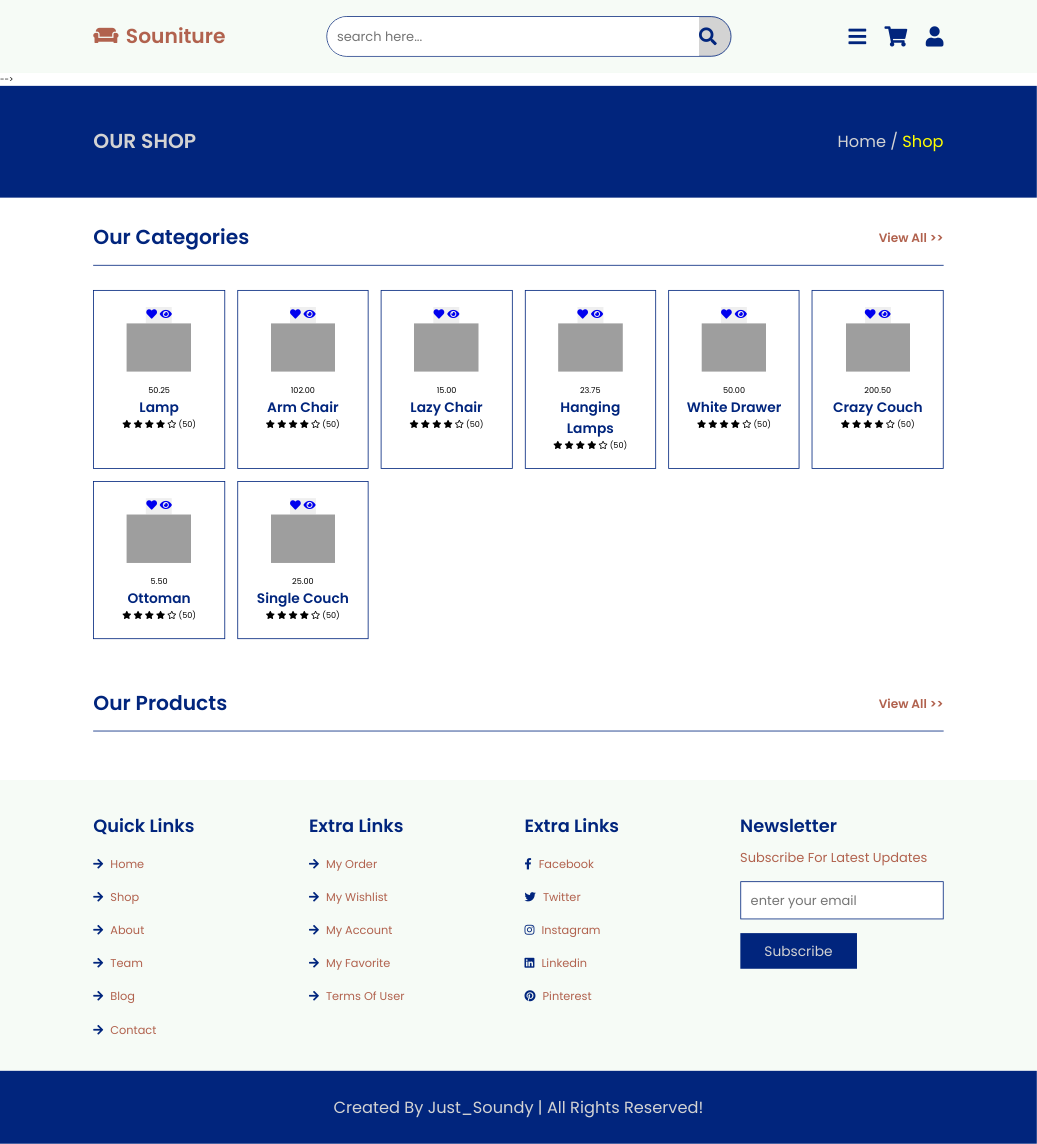
Repository: spencersoundy/furniture-store
Page: shop.html
An editor plug-in stored every save of this project. The page is shown before and after the next save, followed by the edit.
The browser window is 1280 px wide. The pictures show the whole page, at 81% of full size.
Pictures or frames that could not be fetched are drawn as grey boxes.

Above is the page before, as saved 2023-05-02 15:23:57.
Console error: TypeError: Cannot read properties of null (reading 'addEventListener')

### shop.html
<!DOCTYPE html>
<html lang="en">
<head>
    <meta charset="UTF-8">
    <meta http-equiv="X-UA-Compatible" content="IE=edge">
    <meta name="viewport" content="width=device-width, initial-scale=1.0">
    <title>shop</title>

    <!-- font awesome cdn link  -->
    <link rel="stylesheet" href="https://cdnjs.cloudflare.com/ajax/libs/font-awesome/5.15.4/css/all.min.css">

    <!-- custom css file link  -->
    <link rel="stylesheet" href="css/style.css">

</head>
<body>

<!-- header section starts  -->

<header class="header">

    <a href="home.html" class="logo"> <i class="fas fa-couch"></i> Souniture </a>

    <form action="" class="search-form">
        <input type="search" placeholder="search here..." id="search-box">
        <label for="search-box" class="fas fa-search"></label>
    </form>

    <div class="icons">
        <div id="menu-btn" class="fas fa-bars"></div>
        <div id="search-btn" class="fas fa-search"></div>
        <div id="cart-btn" class="fas fa-shopping-cart"></div>
        <div id="login-btn" class="fas fa-user"></div>
    </div>

</header>

<!-- header section ends  -->

<!-- closer btn  -->

<div id="closer" class="fas fa-times"></div>

<!-- navbar  -->

<nav class="navbar">
    <a href="home.html">home</a>
    <a href="shop.html">shop</a>
    <a href="about.html">about</a>
    <a href="team.html">team</a>
    <a href="blog.html">blog</a>
    <a href="contact.html">contact</a>
</nav>

<!-- shopping cart  -->

<div class="shopping-cart">

    <div class="box">
        <i class="fas fa-times"></i>
        <img src="image/cart-img-1.jpg" alt="">
        <div class="content">
            <h3>morden furniture</h3>
            <span class="quantity"> 1 </span>
            <span class="multiply"> x </span>
            <span class="price"> $140.00 </span>
        </div>
    </div>

     <div class="box">
        <i class="fas fa-times"></i>
        <img src="image/cart-img-2.jpg" alt="">
        <div class="content">
            <h3>morden furniture</h3>
            <span class="quantity"> 1 </span>
            <span class="multiply"> x </span>
            <span class="price"> $140.00 </span>
        </div>
    </div>

    <div class="box">
        <i class="fas fa-times"></i>
        <img src="image/cart-img-3.jpg" alt="">
        <div class="content">
            <h3>morden furniture</h3>
            <span class="quantity"> 1 </span>
            <span class="multiply"> x </span>
            <span class="price"> $140.00 </span>
        </div>
    </div>

    <div class="box">
        <i class="fas fa-times"></i>
        <img src="image/cart-img-4.jpg" alt="">
        <div class="content">
            <h3>morden furniture</h3>
            <span class="quantity"> 1 </span>
            <span class="multiply"> x </span>
            <span class="price"> $140.00 </span>
        </div>
    </div>

    <h3 class="total"> total : <span>$560.00</span> </h3>

    <a href="#" class="btn">checkout cart</a>

</div> -->

<!-- login form  -->

<div class="login-form">

    <form action="">
        <h3>login form</h3>
        <input type="email" placeholder="enter your email" class="box">
        <input type="password" placeholder="enter your password" class="box">
        <div class="remember">
            <input type="checkbox" name="" id="remember-me">
            <label for="remember-me">remember me</label>
        </div>
        <input type="submit" value="login now" class="btn">
        <p>forget password? <a href="#">click here</a></p>
        <p>don't have an account? <a href="#">create now</a></p>
    </form>

</div>

<section class="heading">
    <h3>our shop</h3>
    <p> <a href="home.html">home</a> / <span>shop</span> </p>
</section>

<section class="category">

    <h1 class="title"> <span>our categories</span> <a href="#">view all >></a> </h1>

    <div class="box-container">

        <a href="#" class="box">
            <img src="image/icon-1.png" alt="">
            <h3>house sofa</h3>
        </a>

        <a href="#" class="box">
            <img src="image/icon-2.png" alt="">
            <h3>working table</h3>
        </a>

        <a href="#" class="box">
            <img src="image/icon-3.png" alt="">
            <h3>corner table</h3>
        </a>

        <a href="#" class="box">
            <img src="image/icon-4.png" alt="">
            <h3>office chair</h3>
        </a>

        <a href="#" class="box">
            <img src="image/icon-5.png" alt="">
            <h3>new wardrobe</h3>
        </a>

    </div>

</section>

<section class="products">

    <h1 class="title"> <span>our products</span> <a href="#">view all >></a> </h1>

    <div class="box-container">

        <!-- <div class="box">
            <div class="icons">
                <a href="#" class="fas fa-shopping-cart"></a>
                <a href="#" class="fas fa-heart"></a>
                <a href="#" class="fas fa-eye"></a>
            </div>
            <div class="image">
                <img src="image/product-1.jpg" alt="">
            </div>
            <div class="content">
                <div class="price">R2380.00</div>
                <h3>modern furniture</h3>
                <div class="stars">
                    <i class="fas fa-star"></i>
                    <i class="fas fa-star"></i>
                    <i class="fas fa-star"></i>
                    <i class="fas fa-star"></i>
                    <i class="far fa-star"></i>
                    <span> (50) </span>
                </div>
            </div>
        </div>

        <div class="box">
            <div class="icons">
                <a href="#" class="fas fa-shopping-cart"></a>
                <a href="#" class="fas fa-heart"></a>
                <a href="#" class="fas fa-eye"></a>
            </div>
            <div class="image">
                <img src="image/product-2.jpg" alt="">
            </div>
            <div class="content">
                <div class="price">R2380.00</div>
                <h3>modern furniture</h3>
                <div class="stars">
                    <i class="fas fa-star"></i>
                    <i class="fas fa-star"></i>
                    <i class="fas fa-star"></i>
                    <i class="fas fa-star"></i>
                    <i class="far fa-star"></i>
                    <span> (50) </span>
                </div>
            </div>
        </div>

        <div class="box">
            <div class="icons">
                <a href="#" class="fas fa-shopping-cart"></a>
                <a href="#" class="fas fa-heart"></a>
                <a href="#" class="fas fa-eye"></a>
            </div>
            <div class="image">
                <img src="image/product-3.jpg" alt="">
            </div>
            <div class="content">
                <div class="price">R2380.00</div>
                <h3>modern furniture</h3>
                <div class="stars">
                    <i class="fas fa-star"></i>
                    <i class="fas fa-star"></i>
                    <i class="fas fa-star"></i>
                    <i class="fas fa-star"></i>
                    <i class="far fa-star"></i>
                    <span> (50) </span>
                </div>
            </div>
        </div>

        <div class="box">
            <div class="icons">
                <a href="#" class="fas fa-shopping-cart"></a>
                <a href="#" class="fas fa-heart"></a>
                <a href="#" class="fas fa-eye"></a>
            </div>
            <div class="image">
                <img src="image/product-4.jpg" alt="">
            </div>
            <div class="content">
                <div class="price">R2380.00</div>
                <h3>modern furniture</h3>
                <div class="stars">
                    <i class="fas fa-star"></i>
                    <i class="fas fa-star"></i>
                    <i class="fas fa-star"></i>
                    <i class="fas fa-star"></i>
                    <i class="far fa-star"></i>
                    <span> (50) </span>
                </div>
            </div>
        </div>

        <div class="box">
            <div class="icons">
                <a href="#" class="fas fa-shopping-cart"></a>
                <a href="#" class="fas fa-heart"></a>
                <a href="#" class="fas fa-eye"></a>
            </div>
            <div class="image">
                <img src="image/product-5.jpg" alt="">
            </div>
            <div class="content">
                <div class="price">R2380.00</div>
                <h3>modern furniture</h3>
                <div class="stars">
                    <i class="fas fa-star"></i>
                    <i class="fas fa-star"></i>
                    <i class="fas fa-star"></i>
                    <i class="fas fa-star"></i>
                    <i class="far fa-star"></i>
                    <span> (50) </span>
                </div>
            </div>
        </div>

        <div class="box">
            <div class="icons">
                <a href="#" class="fas fa-shopping-cart"></a>
                <a href="#" class="fas fa-heart"></a>
                <a href="#" class="fas fa-eye"></a>
            </div>
            <div class="image">
                <img src="image/product-6.jpg" alt="">
            </div>
            <div class="content">
                <div class="price">R2380.00</div>
                <h3>modern furniture</h3>
                <div class="stars">
                    <i class="fas fa-star"></i>
                    <i class="fas fa-star"></i>
                    <i class="fas fa-star"></i>
                    <i class="fas fa-star"></i>
                    <i class="far fa-star"></i>
                    <span> (50) </span>
                </div>
            </div>
        </div>

        <div class="box">
            <div class="icons">
                <a href="#" class="fas fa-shopping-cart"></a>
                <a href="#" class="fas fa-heart"></a>
                <a href="#" class="fas fa-eye"></a>
            </div>
            <div class="image">
                <img src="image/product-7.jpg" alt="">
            </div>
            <div class="content">
                <div class="price">R2380.00</div>
                <h3>modern furniture</h3>
                <div class="stars">
                    <i class="fas fa-star"></i>
                    <i class="fas fa-star"></i>
                    <i class="fas fa-star"></i>
                    <i class="fas fa-star"></i>
                    <i class="far fa-star"></i>
                    <span> (50) </span>
                </div>
            </div>
        </div>

        <div class="box">
            <div class="icons">
                <a href="#" class="fas fa-shopping-cart"></a>
                <a href="#" class="fas fa-heart"></a>
                <a href="#" class="fas fa-eye"></a>
            </div>
            <div class="image">
                <img src="image/product-8.jpg" alt="">
            </div>
            <div class="content">
                <div class="price">R2380.00</div>
                <h3>modern furniture</h3>
                <div class="stars">
                    <i class="fas fa-star"></i>
                    <i class="fas fa-star"></i>
                    <i class="fas fa-star"></i>
                    <i class="fas fa-star"></i>
                    <i class="far fa-star"></i>
                    <span> (50) </span>
                </div>
            </div>
        </div>-->

    </div>

</section>




















<!-- footer section  -->

<section class="footer">

    <div class="box-container">

        <div class="box">
            <h3>quick links</h3>
            <a href="home.html"> <i class="fas fa-arrow-right"></i> home</a>
            <a href="shop.html"> <i class="fas fa-arrow-right"></i> shop</a>
            <a href="about.html"> <i class="fas fa-arrow-right"></i> about</a>
            <a href="team.html"> <i class="fas fa-arrow-right"></i> team</a>
            <a href="blog.html"> <i class="fas fa-arrow-right"></i> blog</a>
            <a href="contact.html"> <i class="fas fa-arrow-right"></i> contact</a>
        </div>

        <div class="box">
            <h3>extra links</h3>
            <a href="#"> <i class="fas fa-arrow-right"></i> my order</a>
            <a href="#"> <i class="fas fa-arrow-right"></i> my wishlist</a>
            <a href="#"> <i class="fas fa-arrow-right"></i> my account</a>
            <a href="#"> <i class="fas fa-arrow-right"></i> my favorite</a>
            <a href="#"> <i class="fas fa-arrow-right"></i> terms of user</a>
        </div>

        <div class="box">
            <h3>extra links</h3>
            <a href="#"> <i class="fab fa-facebook-f"></i> facebook</a>
            <a href="#"> <i class="fab fa-twitter"></i> twitter</a>
            <a href="#"> <i class="fab fa-instagram"></i> instagram</a>
            <a href="#"> <i class="fab fa-linkedin"></i> linkedin</a>
            <a href="#"> <i class="fab fa-pinterest"></i> pinterest</a>
        </div>

        <div class="box">
            <h3>newsletter</h3>
            <p>subscribe for latest updates</p>
            <form action="">
                <input type="email" name="" placeholder="enter your email" id="">
                <input type="submit" value="subscribe" class="btn">
            </form>
        </div>

    </div>

</section>

<section class="credit">
    created by Just_Soundy | all rights reserved!
</section>

<!-- custom js file link  -->
<script src="js/script.js"></script>

</body>
</html>

### js/script.js
let closer = document.querySelector('#closer');

closer.onclick = () =>{
    closer.style.display = 'none';
    navbar.classList.remove('active');
    cart.classList.remove('active');
    loginForm.classList.remove('active');
}

let navbar = document.querySelector('.navbar');

document.querySelector('#menu-btn').onclick = () =>{
    closer.style.display = 'block';
    navbar.classList.toggle('active');
}

let cart = document.querySelector('.shopping-cart');

document.querySelector('#cart-btn').onclick = () =>{
    closer.style.display = 'block';
    cart.classList.toggle('active');
}

let loginForm = document.querySelector('.login-form');

document.querySelector('#login-btn').onclick = () =>{
    closer.style.display = 'block';
    loginForm.classList.toggle('active');
}

let searchForm = document.querySelector('.header .search-form');

document.querySelector('#search-btn').onclick = () =>{
    searchForm.classList.toggle('active');
}

window.onscroll = () =>{
    searchForm.classList.remove('active');
}

let slides = document.querySelectorAll('.home .slides-container .slide');
let index = 0;

function next(){
    slides[index].classList.remove('active');
    index = (index + 1) % slides.length;
    slides[index].classList.add('active');
}

function prev(){
    slides[index].classList.remove('active');
    index = (index - 1 + slides.length) % slides.length;
    slides[index].classList.add('active');
}

// variables and constants
const cartContainer = document.querySelector('.cart-container');
const productList = document.querySelector('.box-container');
const cartList = document.querySelector('.cart-list');
const cartTotalValue = document.getElementById('cart-total-value');
const cartCountInfo = document.getElementById('cart-count-info');
let cartItemID = 1;

eventListeners();

// all event listeners
function eventListeners(){
    window.addEventListener('DOMContentLoaded', () => {
        loadJSON();
        loadCart();
    });
    // toggle navbar when toggle button is clicked
    document.querySelector('.navbar-toggler').addEventListener('click', () => {
        document.querySelector('.navbar-collapse').classList.toggle('show-navbar');
    });

    // show/hide cart container
    document.getElementById('cart-btn').addEventListener('click', () => {
        cartContainer.classList.toggle('show-cart-container');
    });

    // add to cart
    productList.addEventListener('click', purchaseProduct);

    // delete from cart
    cartList.addEventListener('click', deleteProduct);
}

// update cart info
function updateCartInfo(){
    let cartInfo = findCartInfo();
    cartCountInfo.textContent = cartInfo.productCount;
    cartTotalValue.textContent = cartInfo.total;
}

// load product items content form JSON file
function loadJSON(){
    fetch('furniture.json')
    .then(response => response.json())
    .then(data =>{
        let html = '';
        data.forEach(product => {
            html += `
             <div class="box">
                <div class="icons">
                <button type= "button" classs = "add-to-cart-btn
                    <i  class="fas fa-shopping-cart"></i>
                    <a href="#" class="fas fa-heart"></a>
                    <a href="#" class="fas fa-eye"></a>
                </div>
                <div class="image">
                    <img src="${product.Imgsrc}" alt="">
                </div>
                <div class="content">
                    <div class="price">${product.price}</div>
                    <h3>${product.name}</h3>
                    <div class="stars">
                        <i class="fas fa-star"></i>
                        <i class="fas fa-star"></i>
                        <i class="fas fa-star"></i>
                        <i class="fas fa-star"></i>
                        <i class="far fa-star"></i>
                        <span> (50) </span>
                    </div>
                </div>
            </div>
            `;
        });
        productList.innerHTML = html;
    })
    //.catch(error => {
      //  alert(`User live server or local server`);
        //URL scheme must be "http" or "https" for CORS request. You need to be serving your index.html locally or have your site hosted on a live server somewhere for the Fetch API to work properly.
   // })
}


// purchase product
function purchaseProduct(e){
    if(e.target.classList.contains('add-to-cart-btn')){
        let product = e.target.parentElement.parentElement;
        getProductInfo(product);
    }
}

// get product info after add to cart button click
function getProductInfo(product){
    let productInfo = {
        id: cartItemID,
        imgSrc: product.querySelector('.product-img img').src,
        name: product.querySelector('.product-name').textContent,
        category: product.querySelector('.product-category').textContent,
        price: product.querySelector('.product-price').textContent
    }
    cartItemID++;
    addToCartList(productInfo);
    saveProductInStorage(productInfo);
}

// add the selected product to the cart list
function addToCartList(product){
    const cartItem = document.createElement('div');
    cartItem.classList.add('cart-item');
    cartItem.setAttribute('data-id', `${product.id}`);
    cartItem.innerHTML = `
        <img src = "${product.imgSrc}" alt = "product image">
        <div class = "cart-item-info">
            <h3 class = "cart-item-name">${product.name}</h3>
            <span class = "cart-item-category">${product.category}</span>
            <span class = "cart-item-price">${product.price}</span>
        </div>

        <button type = "button" class = "cart-item-del-btn">
            <i class = "fas fa-times"></i>
        </button>
    `;
    cartList.appendChild(cartItem);
}

// save the product in the local storage
function saveProductInStorage(item){
    let products = getProductFromStorage();
    products.push(item);
    localStorage.setItem('products', JSON.stringify(products));
    updateCartInfo();
}

// get all the products info if there is any in the local storage
function getProductFromStorage(){
    return localStorage.getItem('products') ? JSON.parse(localStorage.getItem('products')) : [];
    // returns empty array if there isn't any product info
}

// load carts product
function loadCart(){
    let products = getProductFromStorage();
    if(products.length < 1){
        cartItemID = 1; // if there is no any product in the local storage
    } else {
        cartItemID = products[products.length - 1].id;
        cartItemID++;
        // else get the id of the last product and increase it by 1
    }
    products.forEach(product => addToCartList(product));

    // calculate and update UI of cart info
    updateCartInfo();
}

// calculate total price of the cart and other info
function findCartInfo(){
    let products = getProductFromStorage();
    let total = products.reduce((acc, product) => {
        let price = parseFloat(product.price.substr(1)); // removing dollar sign
        return acc += price;
    }, 0); // adding all the prices

    return{
        total: total.toFixed(2),
        productCount: products.length
    }
}

// delete product from cart list and local storage
function deleteProduct(e){
    let cartItem;
    if(e.target.tagName === "BUTTON"){
        cartItem = e.target.parentElement;
        cartItem.remove(); // this removes from the DOM only
    } else if(e.target.tagName === "I"){
        cartItem = e.target.parentElement.parentElement;
        cartItem.remove(); // this removes from the DOM only
    }

    let products = getProductFromStorage();
    let updatedProducts = products.filter(product => {
        return product.id !== parseInt(cartItem.dataset.id);
    });
    localStorage.setItem('products', JSON.stringify(updatedProducts)); // updating the product list after the deletion
    updateCartInfo();
}

Loaded but not shown: furniture.json (51 lines, source omitted); css/style.css (1189 lines, source omitted)

After the next save:
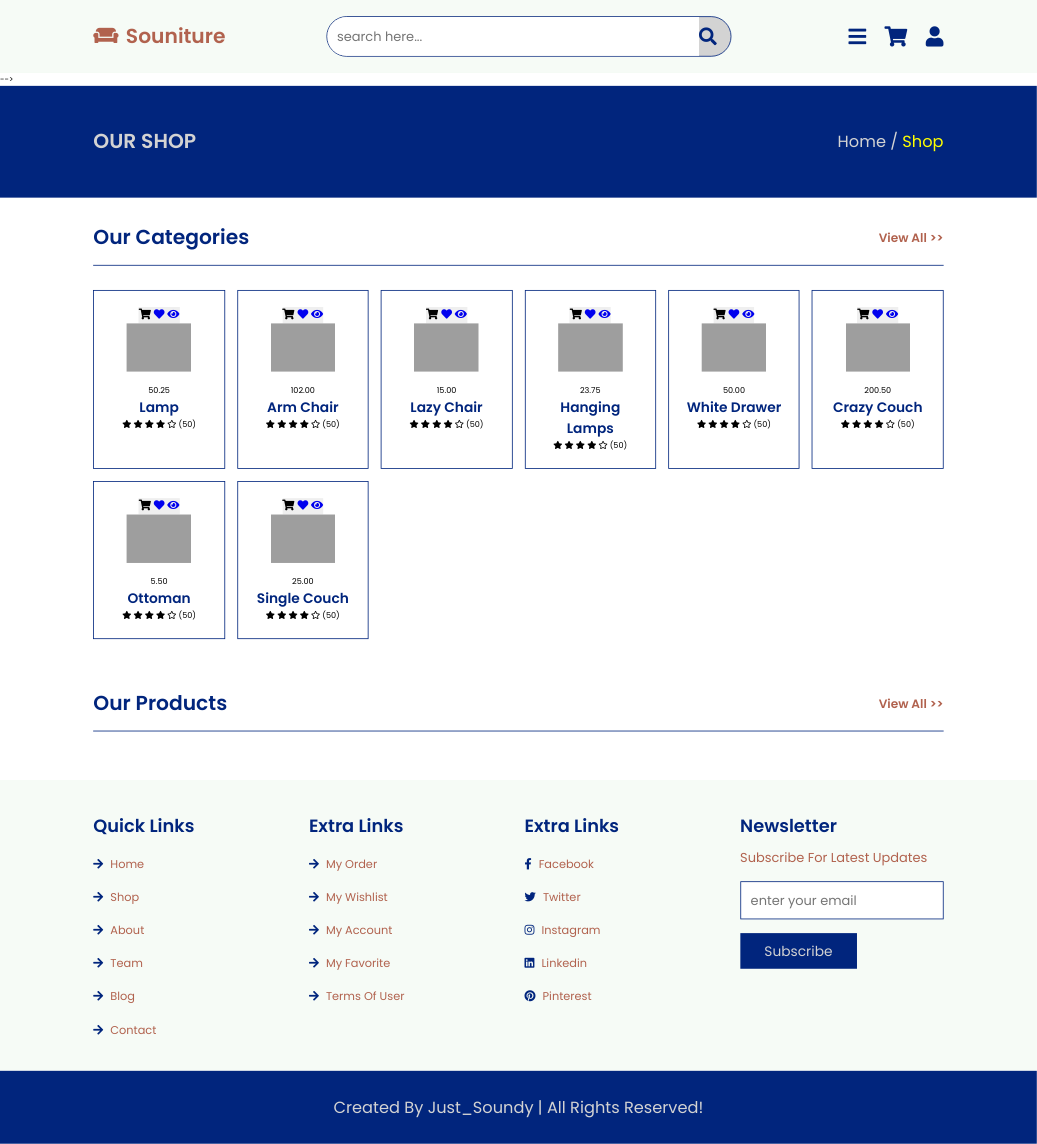
Saved 4 s later.
--- a/js/script.js
+++ b/js/script.js
@@ -103,7 +103,7 @@ function loadJSON(){
             html += `
              <div class="box">
                 <div class="icons">
-                <button type= "button" classs = "add-to-cart-btn
+                <button type= "button" classs = "add-to-cart-btn">
                     <i  class="fas fa-shopping-cart"></i>
                     <a href="#" class="fas fa-heart"></a>
                     <a href="#" class="fas fa-eye"></a>
